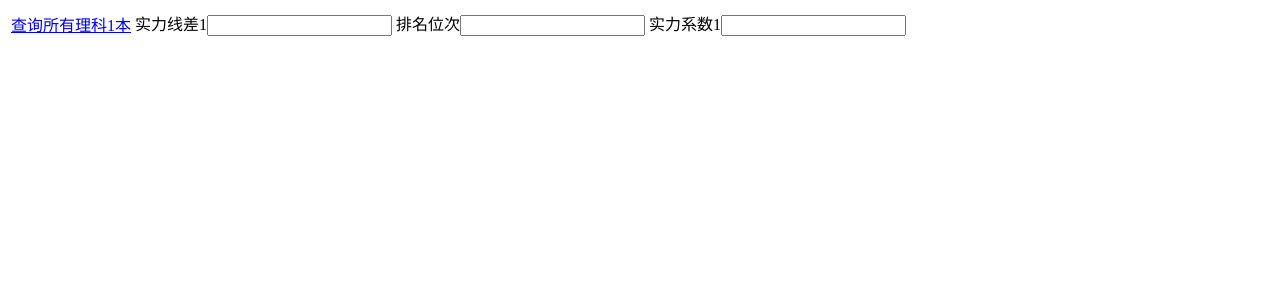
Repository: ClearLove007/Zhiyuan
Page: http://localhost/Zhiyuan/home.jsp
These files come from the project's save history. The page is drawn as it stood at one moment and after the next save; the edit follows.
The browser window is 1280 px wide. The pictures show the whole page.
The page is served by Tomcat 9. Nobody is signed in. The application's start-up code is not run.

Above is the page before, as saved 2019-06-10 15:08:47.

After the next save:
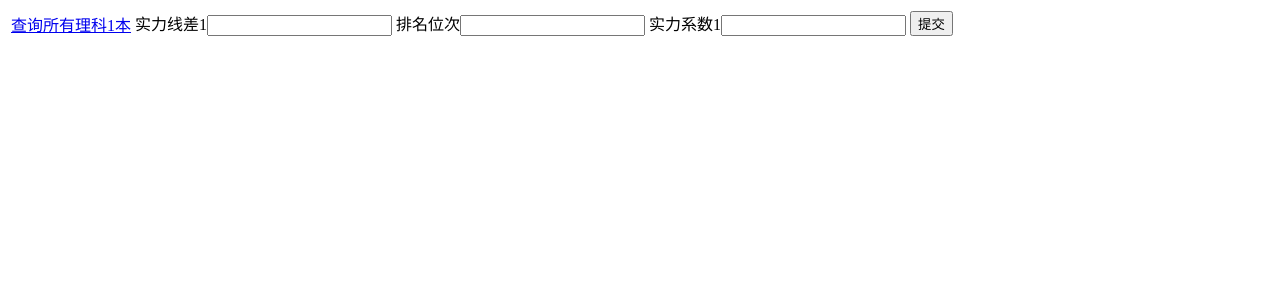
Saved 92 s later.
--- a/Zhiyuan/WebContent/home.jsp
+++ b/Zhiyuan/WebContent/home.jsp
@@ -32,6 +32,7 @@
 				<td><label>实力线差1</><input id="num1" type="text"></input></td>
 				<td><label>排名位次</label><input id="num2" type="text"></input></td>
 				<td><label>实力系数1</label><input id="num3" type="text"></input></td>
+				<td><input type="submit" value="提交"/></td>
 			</tr>
 		</table>
 	</form>
